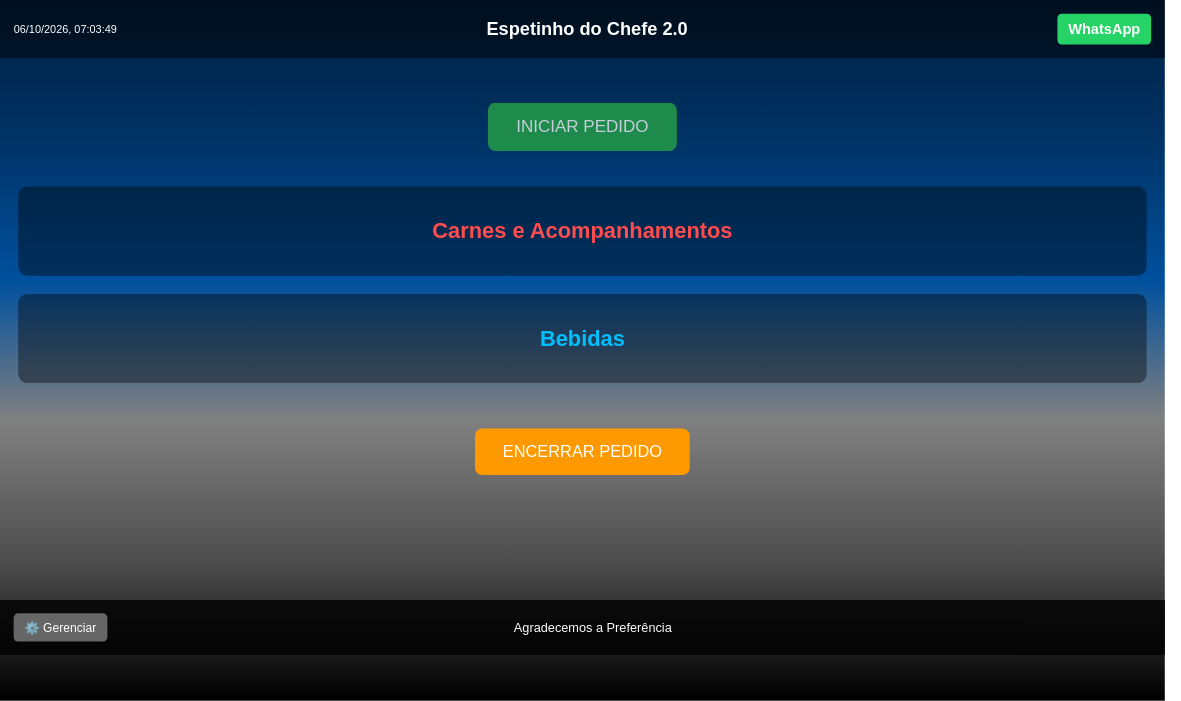
Repository: JeffRodFer/skewersOrder
Page: frontend/index.html
The author's editor kept a copy of each file at every save. The page is drawn from the files as they stood at one save, then again after a run of saves.
The browser window is 1280 px wide. The page is 1280 px wide, then 1298 px, then 1280 px, so the pictures cover 1298 px, including what lies to the right of the window. The pictures show the whole page, at 91% of full size.
The page's requests for data from a server got no answer.

Above is the page before, as saved 2026-10-08 01:23:26.

After the next 2 saves:
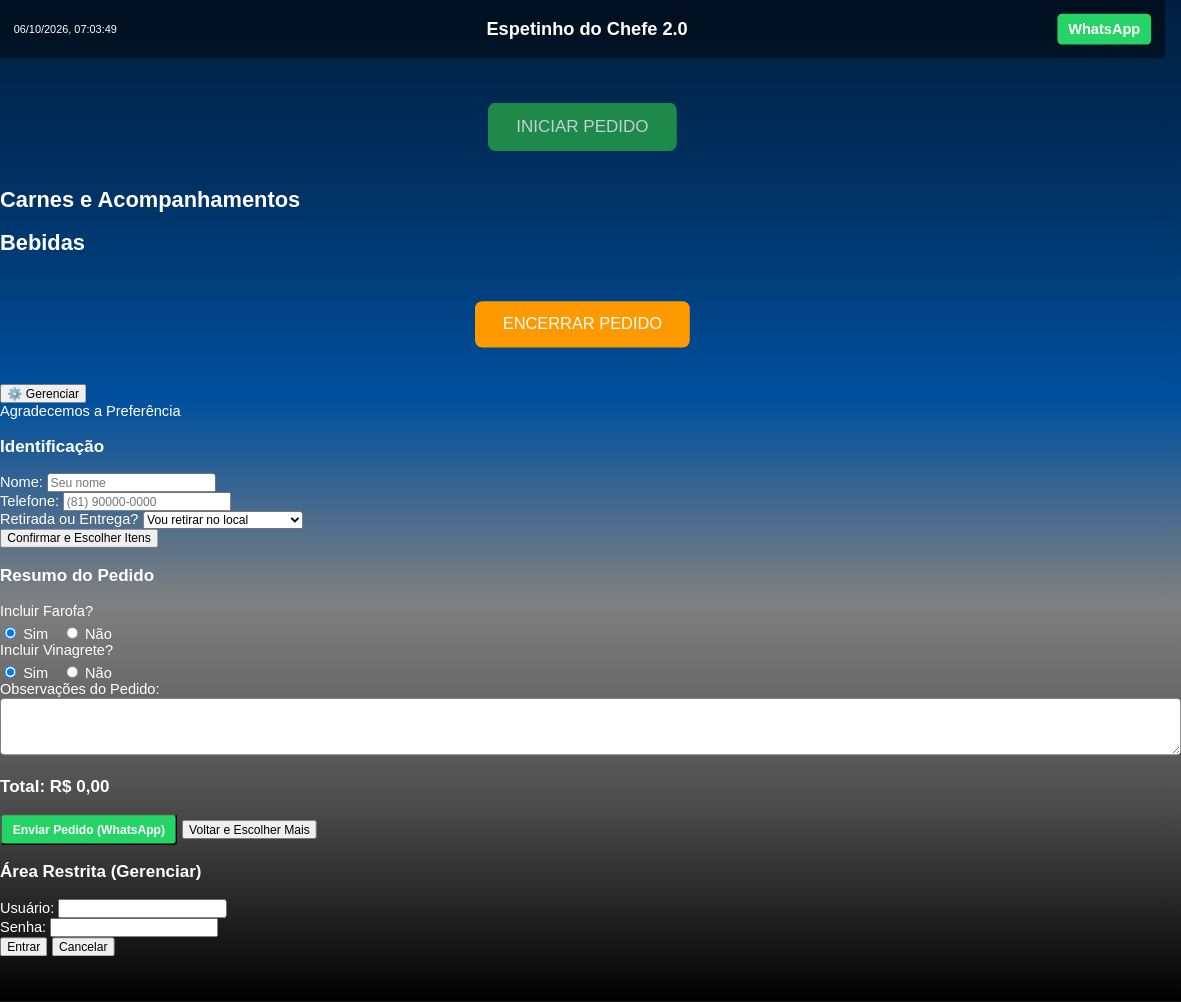
The 2 saves are shown as one change because they came seconds apart.
The last was saved 2 min 54 s later.
--- a/frontend/style.css
+++ b/frontend/style.css
@@ -55,6 +55,14 @@
     50% { opacity: 0.7; transform: scale(1.05); }
     100% { opacity: 1; transform: scale(1); }
 }
+
+/* 2. Coloca texto de um lado e botões do outro */
+.item-lista {
+  display: flex;
+  justify-content: space-between;
+  align-items: center;
+  padding: 12px 0;
+  border-bottom: 1px solid rgba(255,255,255,0.1);
 
 /* Listas de Produtos */
 .secao-produtos {

After the 2 saves that followed:
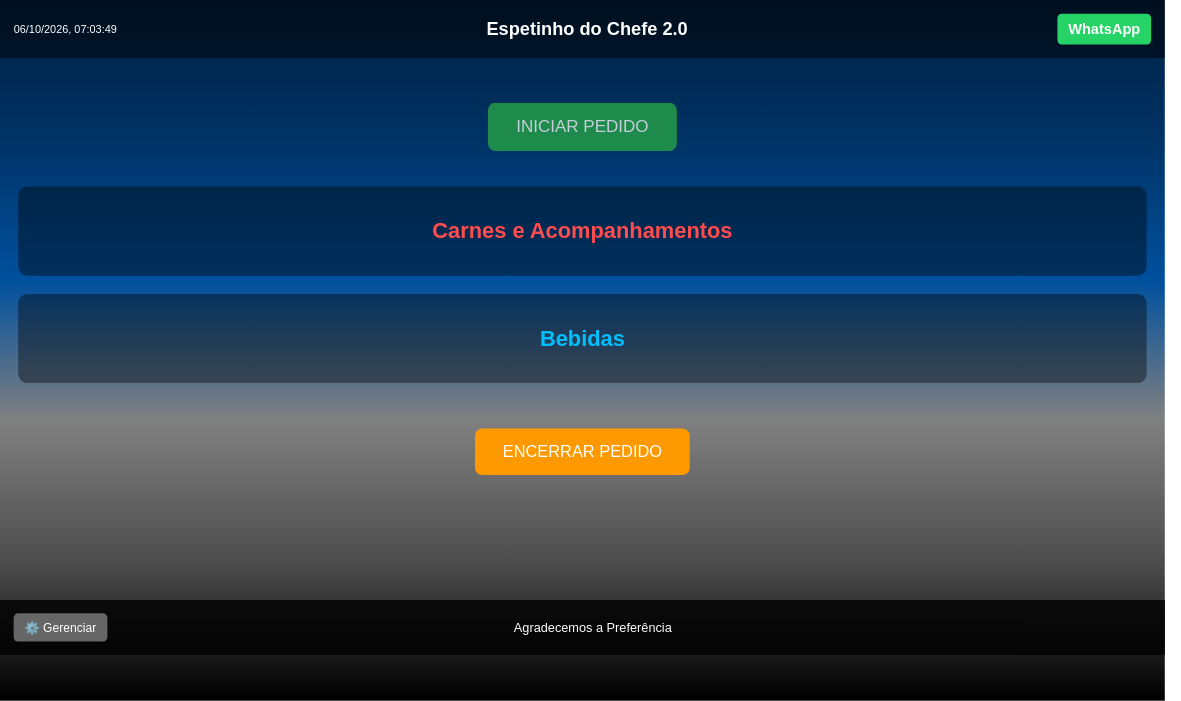
The 2 saves are shown as one change because they came seconds apart.
The last was saved 9 s later.
--- a/frontend/style.css
+++ b/frontend/style.css
@@ -63,6 +63,7 @@
   align-items: center;
   padding: 12px 0;
   border-bottom: 1px solid rgba(255,255,255,0.1);
+}
 
 /* Listas de Produtos */
 .secao-produtos {
